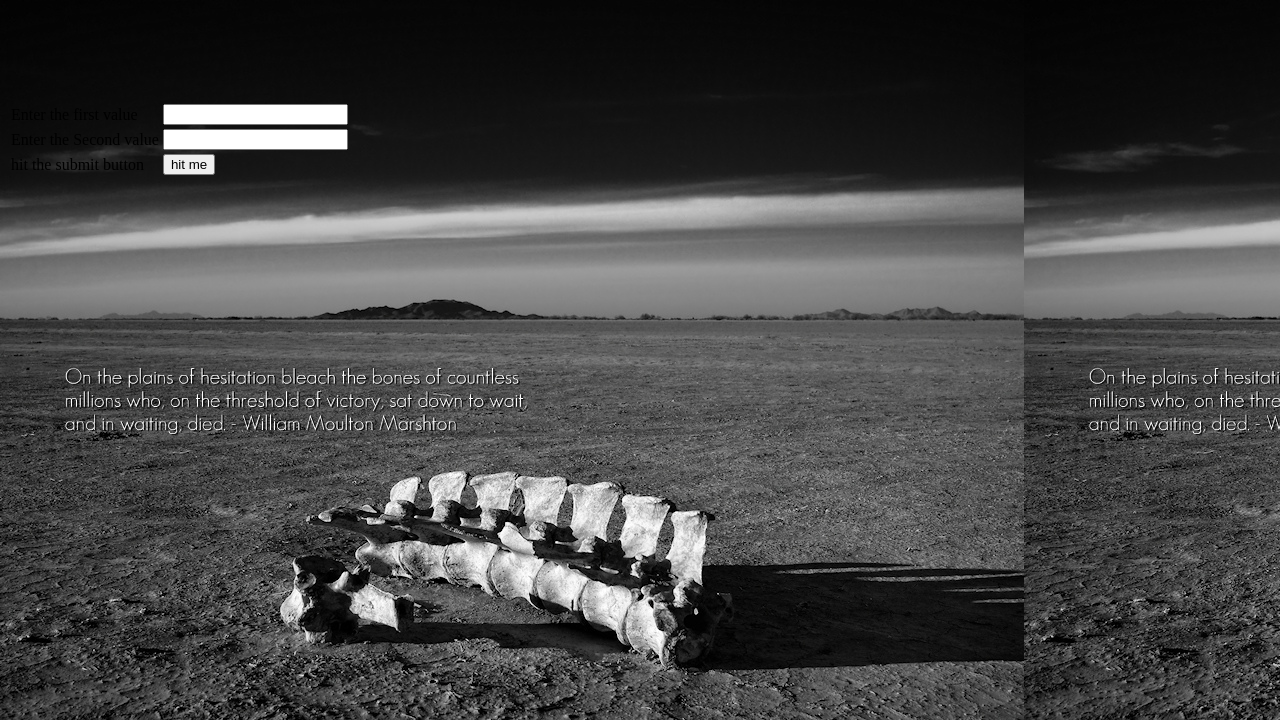
Repository: dhanasekar13/servlet
Page: mystore/war/login.html
The author's editor kept a copy of each file at every save. The page is drawn from the files as they stood at one save, then again after the next save.
The browser window is 1280 px wide. The pictures show the whole page.

Above is the page before, as saved 2017-05-09 17:39:13.

### mystore/war/login.html
<html>
<head>
<base target="_self">
<style type="text/css">
h1 {
color:whitle;

}

</style>
</head>
<body background="b.jpg" bgcolor="orangeS">
	<br>
	<br>
	<br>
	<br>
	<h1>
	<form action="mystore" method="get">
		<table>

			<tr>
				<td>Enter the first value</td>
				<td><input type="text" name="a1"></td>
			</tr>

			<tr>
				<td>Enter the Second value</td>
				<td><input type="text" name="a2"></td>
			</tr>

			<tr>
				<td>hit the submit button</td>
				<td><input type="submit" value="hit me"></td>
			</tr>
		</table>
	</form>
</h1>
</body>
</html>

After the next save:
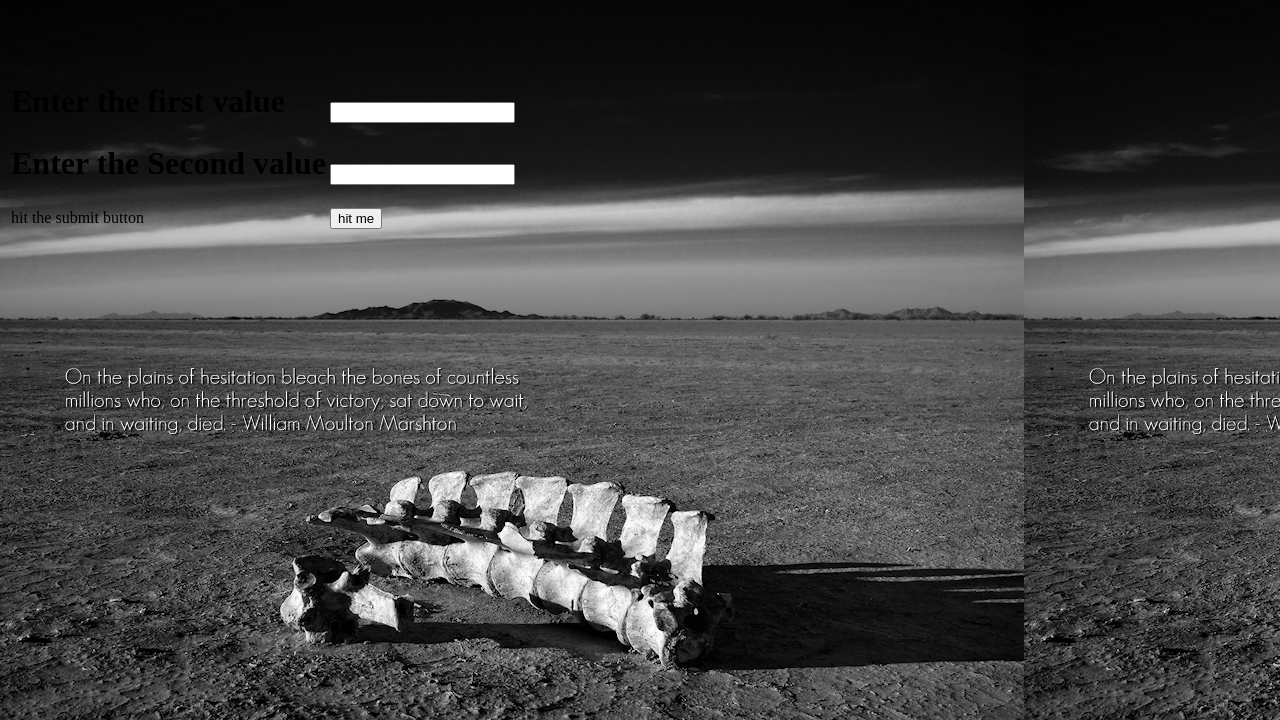
Saved 61 s later.
--- a/mystore/war/login.html
+++ b/mystore/war/login.html
@@ -14,17 +14,17 @@ color:whitle;
 	<br>
 	<br>
 	<br>
-	<h1>
+
 	<form action="mystore" method="get">
 		<table>
 
 			<tr>
-				<td>Enter the first value</td>
+				<td><h1>Enter the first value</h1></td>
 				<td><input type="text" name="a1"></td>
 			</tr>
 
 			<tr>
-				<td>Enter the Second value</td>
+				<td><h1>Enter the Second value</h1></td>
 				<td><input type="text" name="a2"></td>
 			</tr>
 
